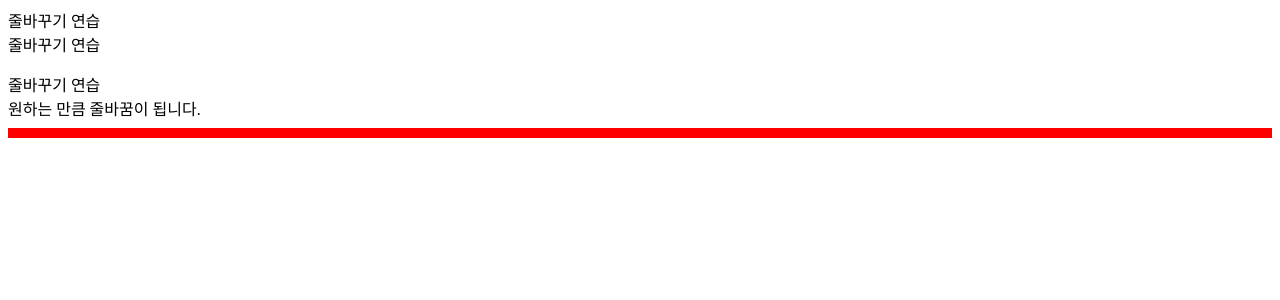
Repository: sungeunbyeol/Nowon-ezen-jsp
Page: test/WebContent/test02.html
An editor plug-in stored every save of this project. The page is shown before and after the next save, followed by the edit.
The browser window is 1280 px wide. The pictures show the whole page.

Above is the page before, as saved 2021-11-02 01:55:23.

After the next save:
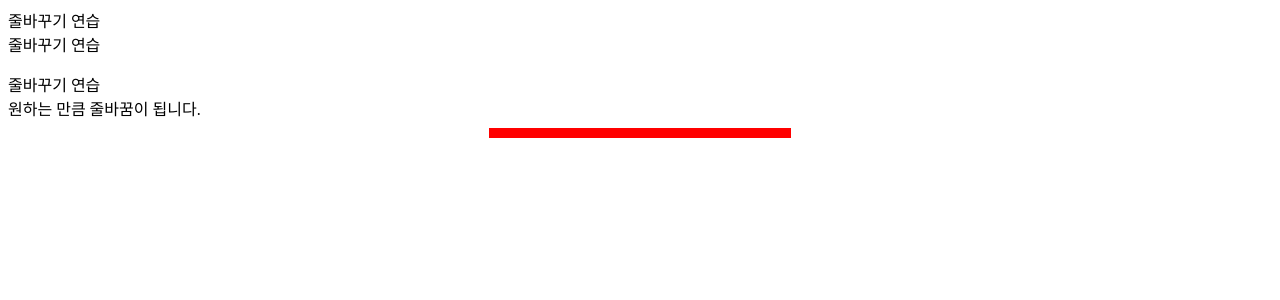
Saved 34 s later.
--- a/test/WebContent/test02.html
+++ b/test/WebContent/test02.html
@@ -9,6 +9,6 @@
 	<div>줄바꾸기 연습</div>
 	원하는 만큼 줄바꿈이 됩니다.
 
-	<hr size="10" color="red">
+	<hr size="10" color="red" width="300">
 </body>
 </html>
